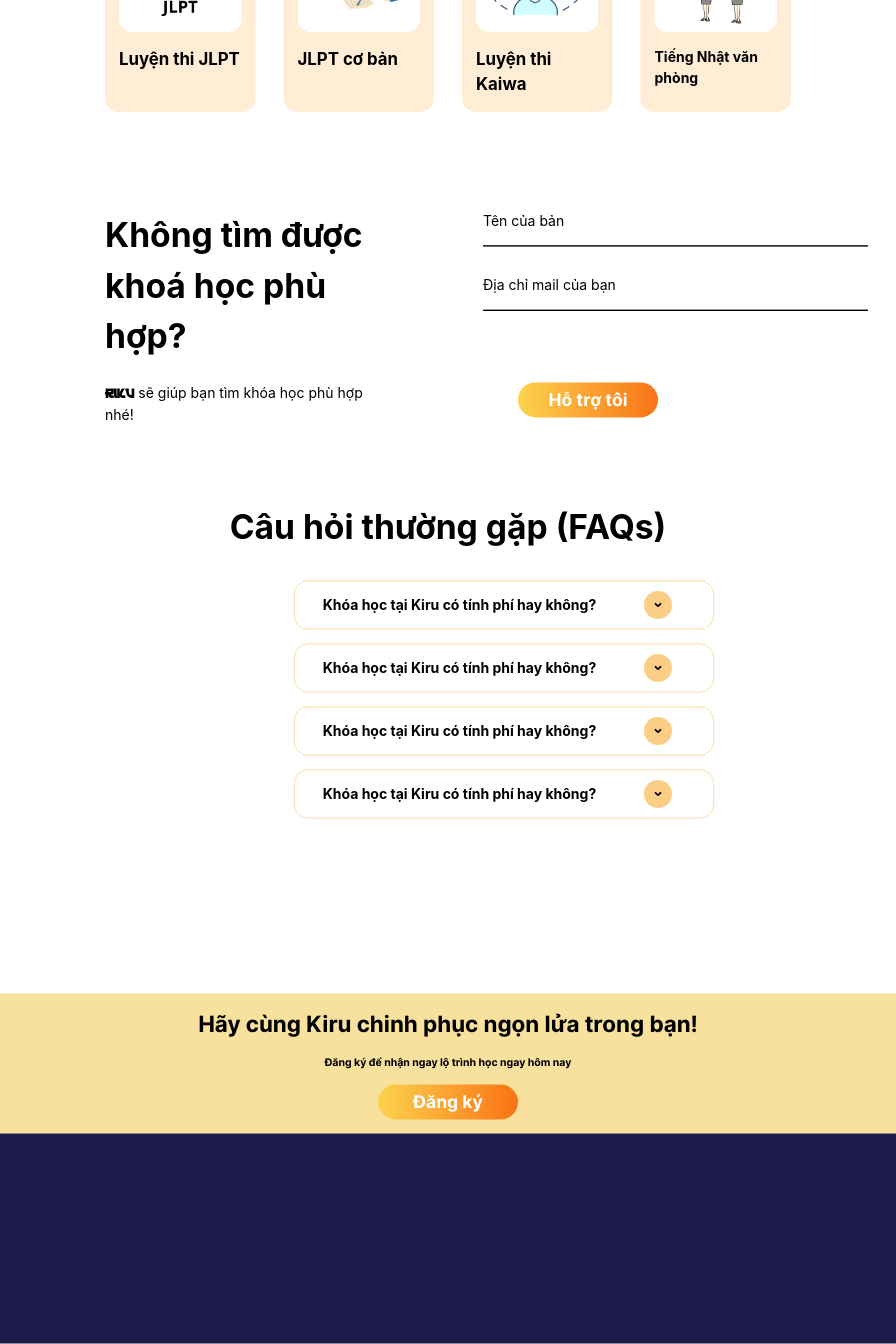
Repository: Quynhhuong150322/Kiru_Website-hoc-tieng-Nhat
Page: /
An editor plug-in stored every save of this project. The page is shown before and after the next save, followed by the edit.
The browser window is 1280 px wide. The pictures show the part of the page from y = 3155 to 5075 px (the page is 5075 px tall), at 70% of full size.
The project was rebuilt for these pictures with package versions that can differ from the ones it lists, and the page was loaded fresh each time.

Above is the page before, as saved 2023-08-16 17:52:00.

### public/index.html
<!DOCTYPE html>
<html lang="en">
  <head>
    <meta charset="utf-8" />
    <link rel="icon" href="%PUBLIC_URL%/favicon.ico" />
    <meta name="viewport" content="width=device-width, initial-scale=1" />
    <meta name="theme-color" content="#000000" />
    <meta
      name="description"
      content="Web site created using create-react-app"
    />
    <link rel="apple-touch-icon" href="%PUBLIC_URL%/logo192.png" />
    <!--
      manifest.json provides metadata used when your web app is installed on a
      user's mobile device or desktop. See https://developers.google.com/web/fundamentals/web-app-manifest/
    -->
    <link rel="manifest" href="%PUBLIC_URL%/manifest.json" />
    <!--
      Notice the use of %PUBLIC_URL% in the tags above.
      It will be replaced with the URL of the `public` folder during the build.
      Only files inside the `public` folder can be referenced from the HTML.

      Unlike "/favicon.ico" or "favicon.ico", "%PUBLIC_URL%/favicon.ico" will
      work correctly both with client-side routing and a non-root public URL.
      Learn how to configure a non-root public URL by running `npm run build`.
    -->
    <title>Kiru web</title>
  </head>
  <body>
    <noscript>You need to enable JavaScript to run this app.</noscript>
    <div id="root"></div>
    <!--
      This HTML file is a template.
      If you open it directly in the browser, you will see an empty page.

      You can add webfonts, meta tags, or analytics to this file.
      The build step will place the bundled scripts into the <body> tag.

      To begin the development, run `npm start` or `yarn start`.
      To create a production bundle, use `npm run build` or `yarn build`.
    -->
  </body>
</html>

### src/index.js
import React from 'react';
import ReactDOM from 'react-dom/client';
import './index.css';
import App from './App';
import reportWebVitals from './reportWebVitals';
import { BrowserRouter} from "react-router-dom";


const root = ReactDOM.createRoot(document.getElementById('root'));
root.render(
  <React.StrictMode>
    <BrowserRouter>
      <App />
    </BrowserRouter>
  </React.StrictMode>
);

// If you want to start measuring performance in your app, pass a function
// to log results (for example: reportWebVitals(console.log))
// or send to an analytics endpoint. Learn more: https://bit.ly/CRA-vitals
reportWebVitals();

### src/App.js
import './App.css';
import HeaderBefor from "./component/header_footer/HeaderBefor";
import Footer from "./component/header_footer/footer";
// import MyRoutes from './route/MyRoutes';
import GioiThieu from "./component/Gioi_thieu"
import KhoaHocBefor from "./component/Khoa_hoc_befor";
import LienHe from "./component/Lien_he";
import FAQs from "./component/FAQs";


function App() {
  return (
    <div className = "bg-white">
      {/* <MyRoutes></MyRoutes> */}
      <HeaderBefor></HeaderBefor>
      <GioiThieu></GioiThieu>
      <KhoaHocBefor></KhoaHocBefor>
      <LienHe></LienHe>
      <FAQs></FAQs>
      <Footer></Footer>
    </div>
  );
}

export default App;

### src/App.css
.App {
  text-align: center;
}

.App-logo {
  height: 40vmin;
  pointer-events: none;
}

@media (prefers-reduced-motion: no-preference) {
  .App-logo {
    animation: App-logo-spin infinite 20s linear;
  }
}

.App-header {
  background-color: #282c34;
  min-height: 100vh;
  display: flex;
  flex-direction: column;
  align-items: center;
  justify-content: center;
  font-size: calc(10px + 2vmin);
  color: white;
}

.App-link {
  color: #61dafb;
}

@keyframes App-logo-spin {
  from {
    transform: rotate(0deg);
  }
  to {
    transform: rotate(360deg);
  }
}

@font-face {
  font-family: Japanese;
  src: url(./font/Japanese\ 3017.ttf);
}

@font-face {
  font-family: InterBold;
  src: url(./font/Inter-Bold.ttf);
}

@font-face {
  font-family: InterRegular;
  src: url(./font/Inter-Regular.ttf);
}

@font-face {
  font-family: Montserrat;
  src: url(./font/MontserratAlternates-Bold.otf);
}

### src/component/header_footer/HeaderBefor.js
import React from "react";
import logo from "../../image/logo.png"
import { Link } from "react-router-dom";

const Header = () => {
    return (
        <div className = "bg-white top-0 h-[70px] ">
            <div class="flex justify-between items-center p-1">
                <Link to = "/">
                    <div className="flex flex-row items-center gap-5 pl-[50px] justify-center">
                        <img
                            className="h-[55px] w-55px] rounded-full "
                            src = {logo}
                            alt = "logo"
                        />
                        <div className="font-japanese text-[40px] font-bold">Kiru</div>
                    </div>
                </Link>
                <div className=""></div>
                    <ul className="flex space-x-4 justify-start gap-10 font-interBold text-[17px] pr-28 ">
                        <li className="hover:text-yellow-500">
                            <Link to = "/GioiThieu">Giới Thiệu</Link>
                        </li>
                        <li className="hover:text-yellow-500">
                            <Link to = "/LienHe">Liên hệ</Link>
                        </li>
                        <li className="hover:text-yellow-500">
                            <Link to = "/KhoaHocBefor">Khoá học</Link>
                        </li>
                        <li className="hover:text-yellow-500">
                            <Link to = "/FAQs">FAQs</Link>
                        </li>
                    </ul>
                <div className="pr-[50px] flex items-center ">
                    <ul className="flex space-x-4 justify-start gap-1 font-interBold text-[17px] items-center">
                        <li>
                            <button
                                type="button"
                                className="w-[117px] h-10 rounded-[20px] hover:border-2 border-amber-500 hover:text-sky-500">
                                Đăng nhập
                            </button>
                        </li>
                        <li>
                            <button
                                type="button"
                                className = "w-28 h-10 rounded-[20px] text-white bg-gradient-to-r from-amber-300  to-orange-500 hover:border-2 border-amber-700 hover:text-sky-500">
                                Đăng ký
                            </button>
                        </li>
                    </ul>
                </div>
            </div>

        </div>
    );
};
export default Header;

### src/component/header_footer/footer.js
import React from "react";

const Footer = () => {
    return (
        <div class="">
            <div className="h-[300px] bg-indigo-950">

            </div>
        </div>

    );
}
export default Footer;

### src/component/Khoa_hoc_befor.js
import React from "react";
import photo4 from "../image/photo4.png";
import photo5 from "../image/photo5.png";
import photo6 from "../image/photo6.png";
import photo7 from "../image/photo7.png";

const KhoaHocBefor = () => {
    return (
        <div className="">
            <div className="">
                <div className="pt-[100px] pl-[150px] font-inter font-bold text-[48px] w-[650px]">Gợi ý khóa học có thể phù hợp với bạn</div>
                <dic className="flex flex-row gap-10 px-[150px] py-10">
                    <div className="w-[250px] h-[350px] bg-orange-100 rounded-[20px] py-5 px-5">
                        <div className="">
                            <img
                                className=" rounded-[20px]  "
                                src = {photo4}
                                alt = "Photo4"
                            />
                        </div>
                        <div className="pt-5 font-inter font-bold text-[24px]">Luyện thi JLPT</div>
                    </div>
                    <div className="w-[250px] h-[350px] bg-orange-100 rounded-[20px] py-5 px-5">
                        <div className="">
                            <img
                                className=" rounded-[20px]  "
                                src = {photo5}
                                alt = "Photo5"
                            />
                        </div>
                        <div className="pt-5 font-inter font-bold text-[24px]">JLPT cơ bản</div>
                    </div>
                    <div className="w-[250px] h-[350px] bg-orange-100 rounded-[20px] py-5 px-5">
                        <div className="">
                            <img
                                className=" rounded-[20px]  "
                                src = {photo6}
                                alt = "Photo6"
                            />
                        </div>
                        <div className="pt-5 font-inter font-bold text-[24px]">Luyện thi Kaiwa</div>
                    </div>
                    <div className="w-[250px] h-[350px] bg-orange-100 rounded-[20px] py-5 px-5">
                        <div className="">
                            <img
                                className=" rounded-[20px]  "
                                src = {photo7}
                                alt = "Photo7"
                            />
                        </div>
                        <div className="pt-5 font-inter font-bold text-[20px]">Tiếng Nhật văn phòng</div>
                    </div>
                </dic>
            </div>
        </div>
    )
}
export default KhoaHocBefor;

### src/component/Lien_he.js
import React from "react";


const LienHe = () => {
    return (
        <div className="">
            <div className="grid grid-cols-2 gap-[100px] pt-[100px]">
                <div className="font-inter font-bold text-[48px] pl-[150px] ">Không tìm được khoá học phù hợp?</div>
                <div className="">
                    <div className="">
                        <p className="font-inter  text-[20px] pb-5">Tên của bản</p>
                        <div className="h-[2px] w-[550px] bg-black "></div>
                    </div>
                    <div className="">
                        <p className="font-inter  text-[20px] pb-5 pt-10">Địa chỉ mail của bạn</p>
                        <div className="h-[2px] w-[550px] bg-black "></div>
                    </div>
                </div>
            </div>
            <div className="grid grid-cols-2 gap-[200px] pt-[30px]">
                <div className="font-inter text-[20px] pl-[150px]"><a className="font-japanese font-bold">Riku</a> sẽ giúp bạn tìm khóa học phù hợp nhé!</div>
                <div className="">
                    <button
                        type="button"
                        className = "w-[200px] h-[50px] rounded-[40px] text-white bg-gradient-to-r from-amber-300  to-orange-500 hover:border-2 border-amber-700 hover:text-sky-500 font-interBold text-[25px] items-center">
                        Hỗ trợ tôi
                    </button>
                </div>
            </div>

        </div>
    )
}
export default LienHe;

### src/component/FAQs.js
import React from "react";
import {FaAngleDown} from "react-icons/fa";


const FAQs = () => {
    return (
        <div className="">
            <div className="">
                <div className="pt-[110px] font-inter font-bold text-[48px] text-center pb-10">Câu hỏi thường gặp (FAQs)</div>
                <div className="px-[420px] content-center  ">
                    <div className="h-[70px] w-[600px]  border border-amber-500/50 rounded-[20px]  px-10 grid grid-cols-2 gap-[400px] items-center">
                        <p className="flex-initial w-[800px] font-bold text-[20px]">Khóa học tại Kiru có tính phí hay không?</p>
                        <div className="w-[40px] h-[40px] bg-amber-500/50 rounded-[30px] items-center py-3 pl-3">
                            <FaAngleDown/>
                        </div>
                    </div>
                </div>
                <div className="px-[420px] content-center pt-5 ">
                    <div className="h-[70px] w-[600px]  border border-amber-500/50 rounded-[20px]  px-10 grid grid-cols-2 gap-[400px] items-center">
                        <p className="flex-initial w-[800px] font-bold text-[20px]">Khóa học tại Kiru có tính phí hay không?</p>
                        <div className="w-[40px] h-[40px] bg-amber-500/50 rounded-[30px] items-center py-3 pl-3">
                            <FaAngleDown/>
                        </div>
                    </div>
                </div>
                <div className="px-[420px] content-center pt-5 ">
                    <div className="h-[70px] w-[600px]  border border-amber-500/50 rounded-[20px]  px-10 grid grid-cols-2 gap-[400px] items-center">
                        <p className="flex-initial w-[800px] font-bold text-[20px]">Khóa học tại Kiru có tính phí hay không?</p>
                        <div className="w-[40px] h-[40px] bg-amber-500/50 rounded-[30px] items-center py-3 pl-3">
                            <FaAngleDown/>
                        </div>
                    </div>
                </div>
                <div className="px-[420px] content-center pt-5 ">
                    <div className="h-[70px] w-[600px]  border border-amber-500/50 rounded-[20px]  px-10 grid grid-cols-2 gap-[400px] items-center">
                        <p className="flex-initial w-[800px] font-bold text-[20px]">Khóa học tại Kiru có tính phí hay không?</p>
                        <div className="w-[40px] h-[40px] bg-amber-500/50 rounded-[30px] items-center py-3 pl-3">
                            <FaAngleDown/>
                        </div>
                    </div>
                </div>
            </div>
            <div className="pt-[250px] ">
                <div className="h-[200px] bg-yellow-500/40 items-center">
                    <div className="text-[32px] font-interBold text-center pt-5">Hãy cùng Kiru chinh phục ngọn lửa trong bạn!</div>
                    <p className="text-[15px] font-interBold text-center pt-5">Đăng ký để nhận ngay lộ trình học ngay hôm nay</p>
                    <div className="text-center pt-5">
                        <button
                            type="button"
                            className = "w-[200px] h-[50px] rounded-[40px] text-white bg-gradient-to-r from-amber-300  to-orange-500 hover:border-2 border-amber-700 hover:text-sky-500 font-interBold text-[25px] items-center">
                            Đăng ký
                        </button>
                    </div>
                </div>
            </div>
        </div>
    )
}
export default FAQs;

### tailwind.config.js
/** @type {import('tailwindcss').Config} */
module.exports = {
  content: ["./src/**/*.{html,js}"],
  // plugins: [require("tailwind-scrollbar")],
  theme: {
    extend: {
      fontSize: {
        sm: '9px',
        base: '13px',
        xl: '20px',
        '2xl': '60px',
        '3xl': '80px',
        '4xl': '90px',
        '5xl': '100px',
      }
    },
    screens: {
      'sm': {'min': '400px', 'max': '767px'},
      // => @media (min-width: 640px and max-width: 767px) { ... }

      'md': {'min': '768px', 'max': '1023px'},
      // => @media (min-width: 768px and max-width: 1023px) { ... }

      'lg': {'min': '1024px', 'max': '1279px'},
      // => @media (min-width: 1024px and max-width: 1279px) { ... }

      'xl': {'min': '1280px', 'max': '1535px'},
      // => @media (min-width: 1280px and max-width: 1535px) { ... }

      '2xl': {'min': '1536px'},
      // => @media (min-width: 1536px) { ... }
    },

    fontFamily: {
      japanese: ['"Japanese"'],
      interBold: ['"InterBold"'],
      interRegular: ['"InterRegular"'],
      montserrat: ['"Montserrat"']
    },
  },
  plugins: [],
}

Loaded but not shown: src/index.css (common file); src/reportWebVitals.js (common file); src/component/Gioi_thieu.js (187 lines, source omitted)

After the next save:
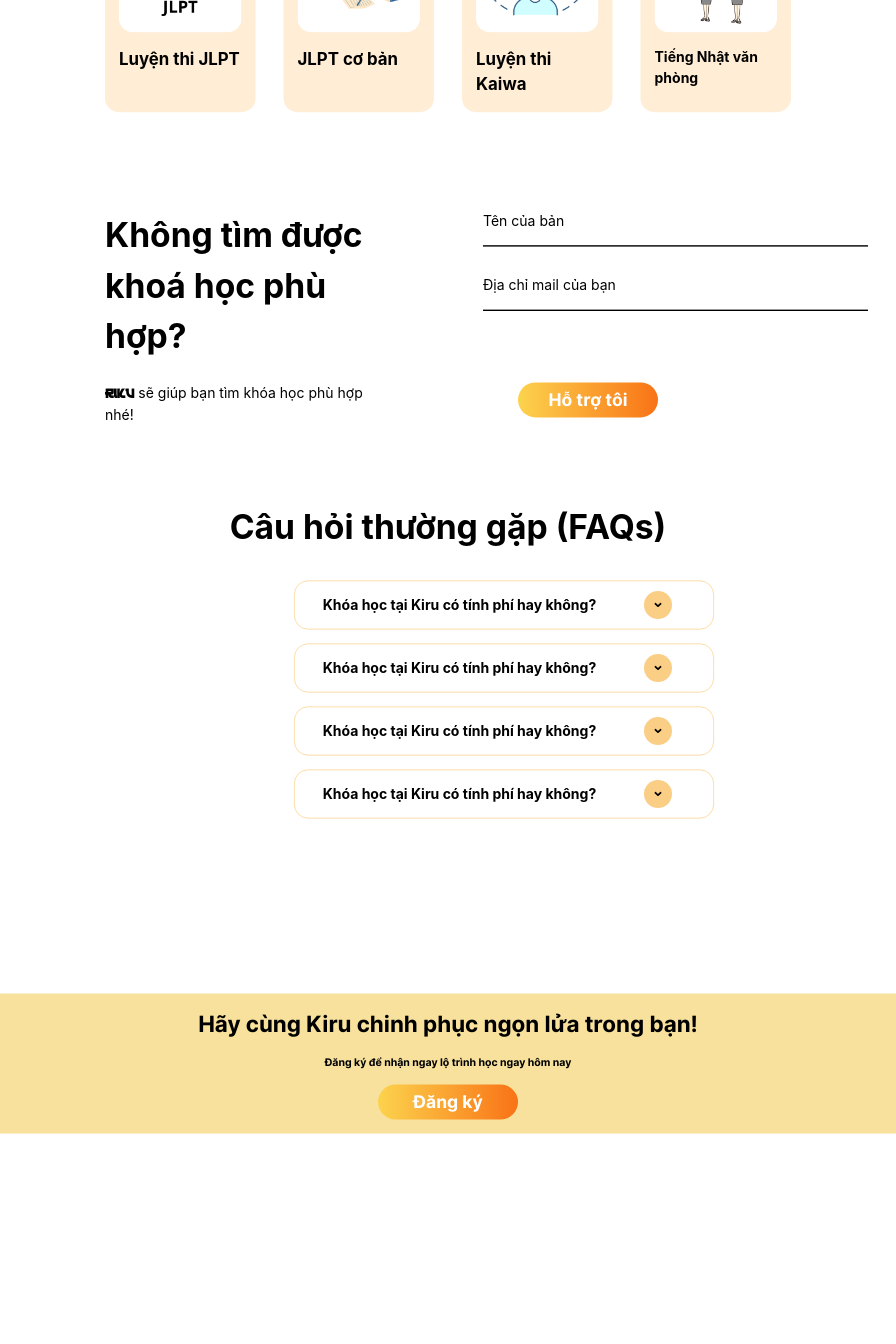
Saved 13 s later.
--- a/src/component/header_footer/footer.js
+++ b/src/component/header_footer/footer.js
@@ -3,7 +3,7 @@
 const Footer = () => {
     return (
         <div class="">
-            <div className="h-[300px] bg-indigo-950">
+            <div className="h-[300px] ">
 
             </div>
         </div>

After the save that followed:
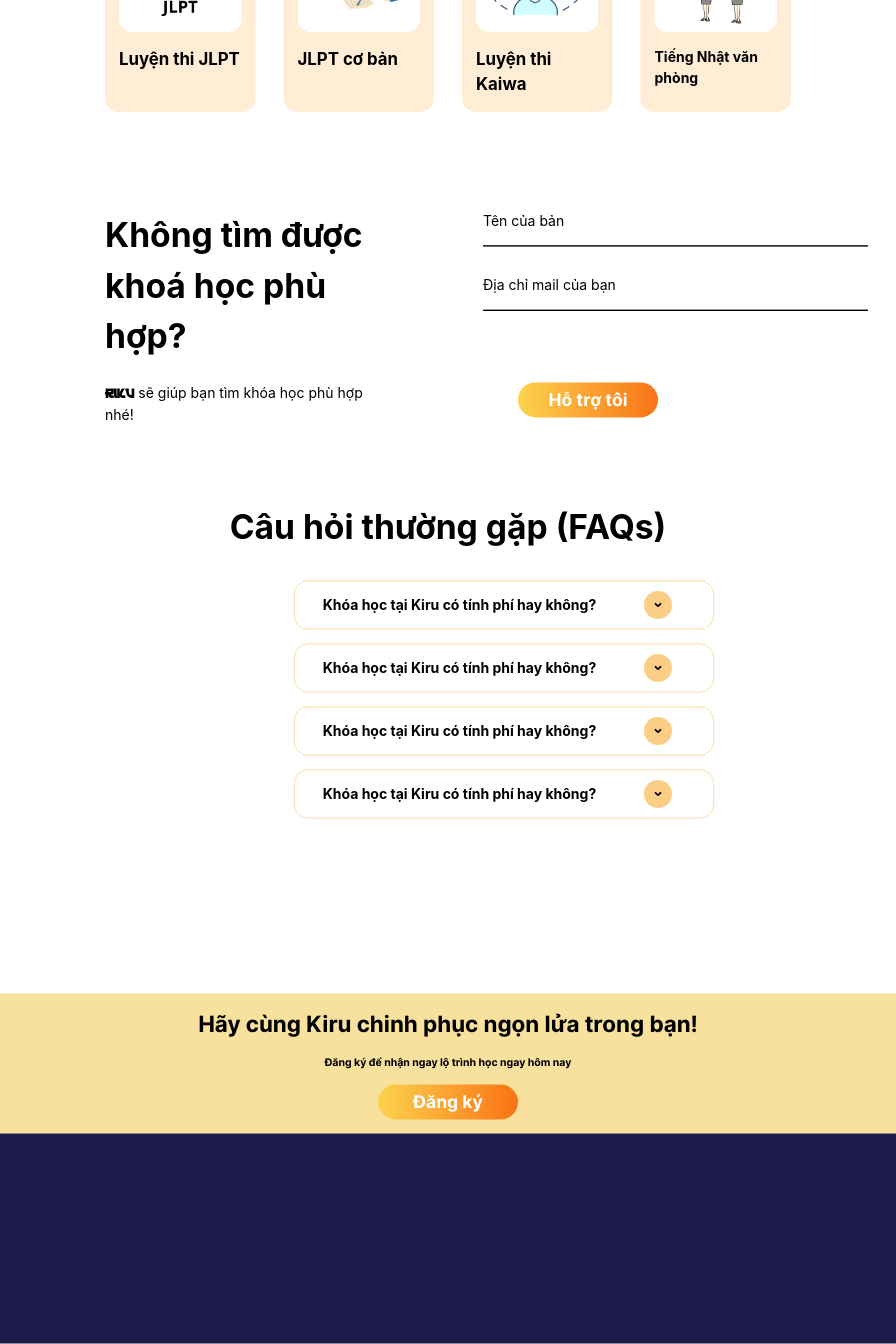
Saved 31 s later.
--- a/src/component/header_footer/footer.js
+++ b/src/component/header_footer/footer.js
@@ -3,7 +3,7 @@
 const Footer = () => {
     return (
         <div class="">
-            <div className="h-[300px] ">
+            <div className="h-[300px] bg-indigo-950">
 
             </div>
         </div>
